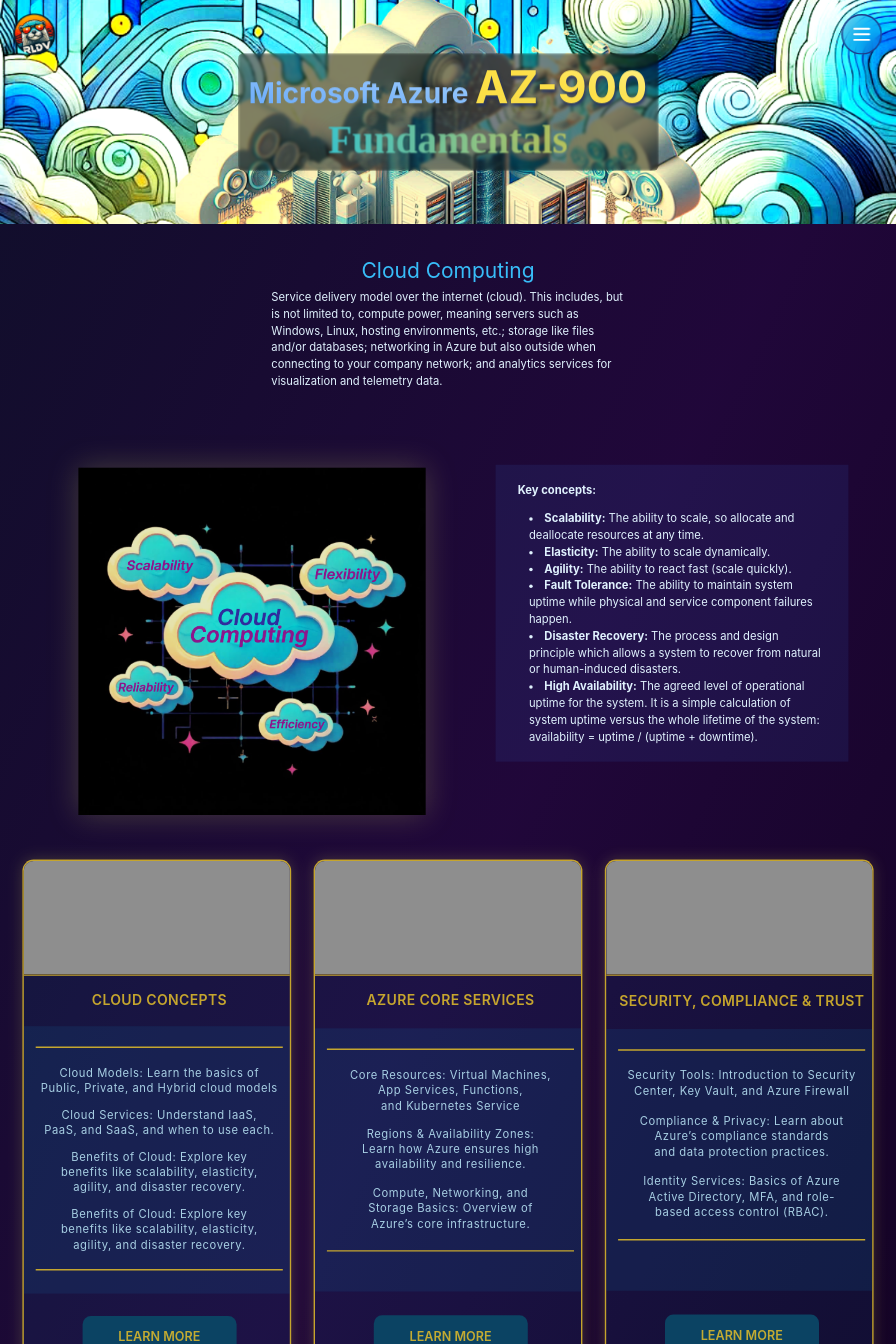
Repository: Freezler/az-900_svelte5
Page: /
These files come from the project's save history. The page is drawn as it stood at one moment and after the next save; the edit follows.
The browser window is 1280 px wide. The pictures show the part of the page from y = 0 to 1920 px (the page is 2706 px tall), at 70% of full size.
Pictures or frames that could not be fetched are drawn as grey boxes. The project was rebuilt for these pictures with package versions that can differ from the ones it lists, and the page was loaded fresh each time. The framework's server and built-in components were replaced by stand-ins that run in the browser. Also part of the build but not shown: vite.config.ts.

Above is the page before, as saved 2024-11-10 10:36:06.

After the next save:
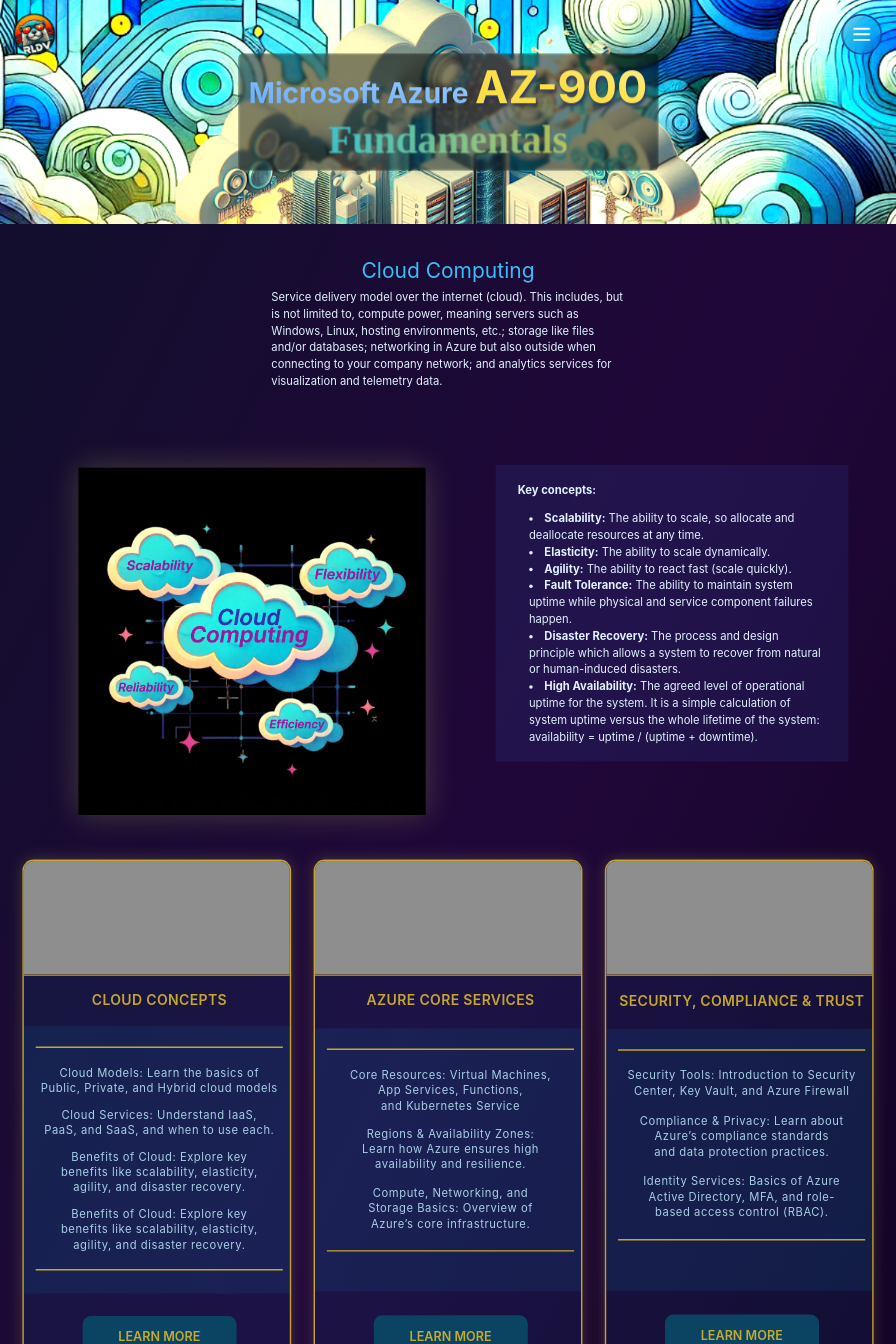
Saved 20 s later.
--- a/src/components/ComputingArticle.svelte
+++ b/src/components/ComputingArticle.svelte
@@ -14,7 +14,7 @@
 		alt="cloudSolutions"
 		loading="lazy"
 
-		class=" text-sky-100 drop-shadow-[0_0px_22px_rgba(255,255,99,0.2)] brightness-90 transition duration-700 hover:scale-[1.001] hover:border-[hsla(184,69%,60%,1)] hover:shadow-[2px_6px_12px_rgba(22,125,22,0.9)]"
+		class=" text-sky-100 drop-shadow-[0_0px_22px_rgba(255,255,99,0.2)] "
 	/>
 	<article
 		class="my-8 grid items-center justify-center gap-4 place-self-center bg-blue-500/10 px-8 py-6 text-sky-100 lg:max-w-[50ch]"
